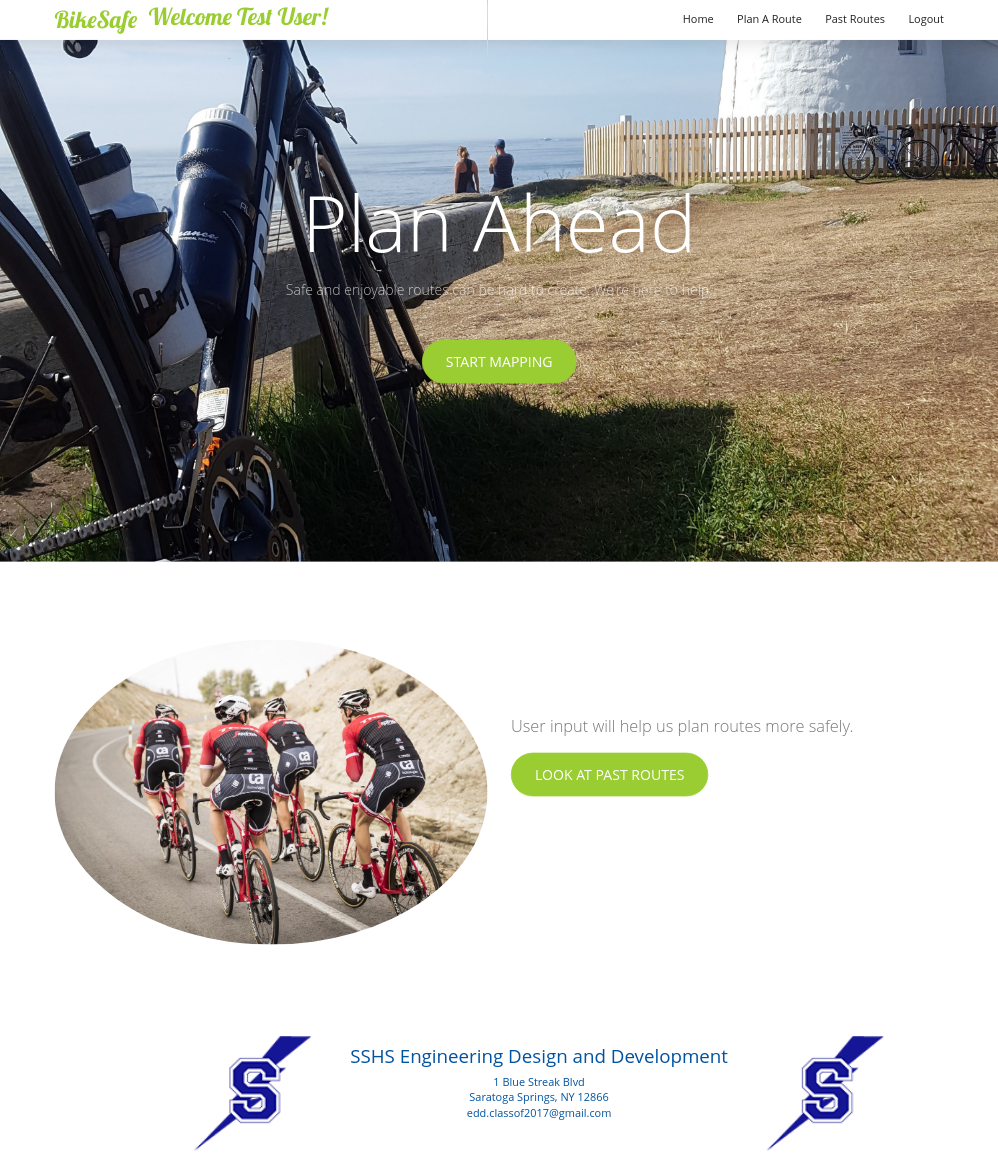
Repository: ahowe444/BikeSafely
Page: http://localhost/
The author's editor kept a record of every edit. The page is drawn from the files as they stood at one moment, then again after the next edit.
The browser window is 1280 px wide. The pictures show the whole page, at 78% of full size.
Some web libraries are served in a nearby version. The page is run by PHP 8.4 with error messages shown; the project is at /var/www/html/. The session is filled in as if someone had signed in: {"email": "test@example.com", "name": "Test User", "logged": true}.

Above is the page before.

After the next edit:
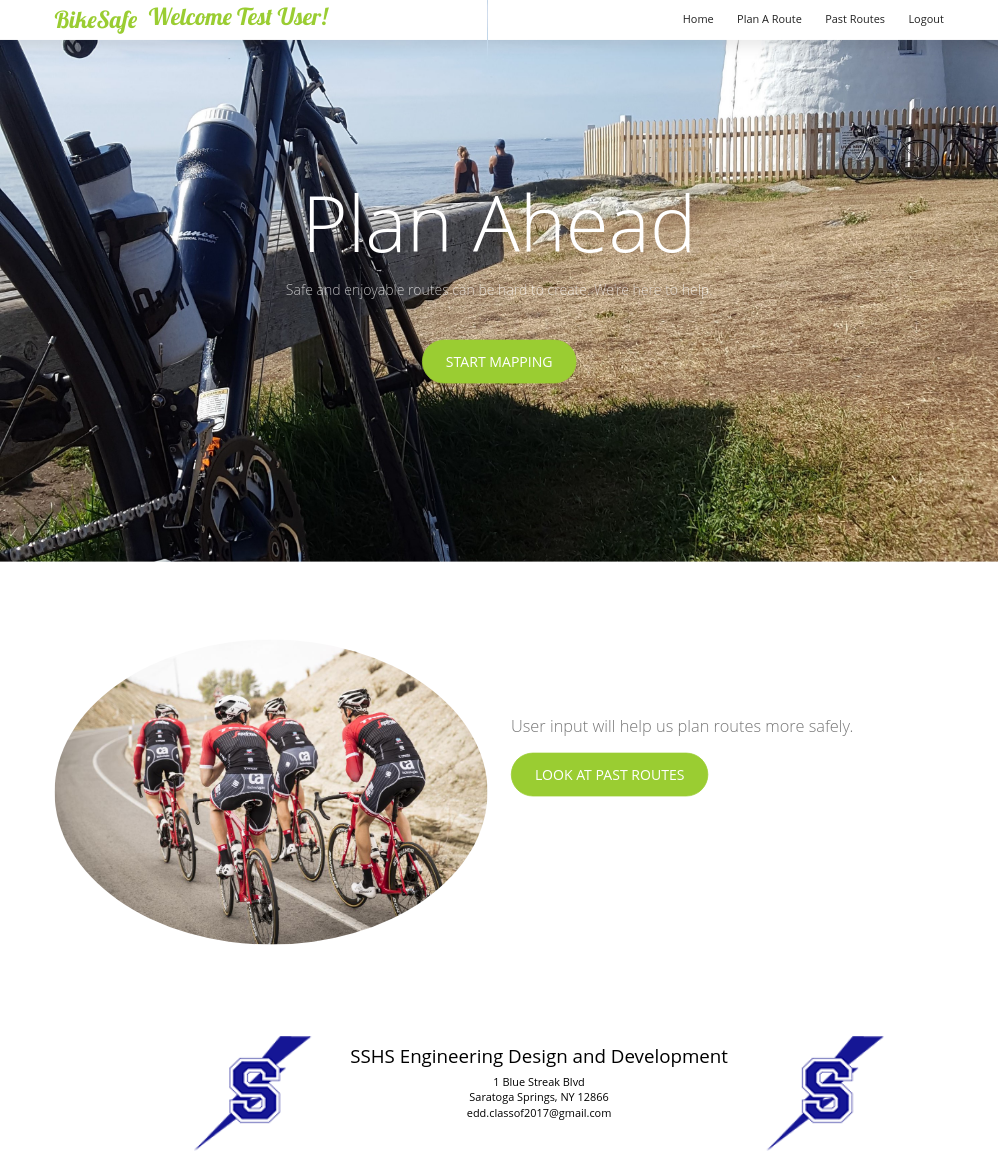
The edit:
--- a/css/footer.css
+++ b/css/footer.css
@@ -22,7 +22,7 @@
     margin:0;
     padding: 10px 25px;}
 	#footer-Col1 {}
-	#footer-Col2 {color:#0053A1; float: center;}
+	#footer-Col2 {color:black; float: center;}
     #footer-Col3 {}
 
 #footer ul { margin:0; padding:0;}
